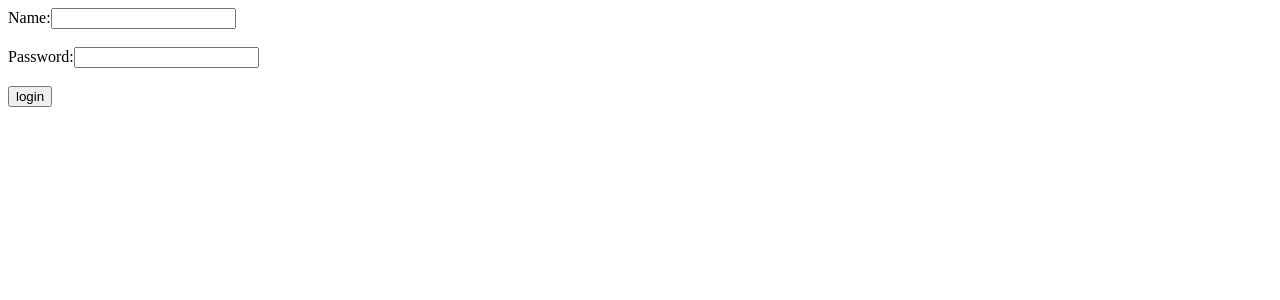
Repository: GOUTHAMREDDY1198/DBS_SPRING
Page: http://localhost/Insurance/
The author's editor kept a copy of each file at every save. The page is drawn from the files as they stood at one save, then again after the next save.
The browser window is 1280 px wide. The pictures show the whole page.
The page is served by Tomcat 9.

Above is the page before, as saved 2020-11-10 17:13:02.

After the next save:
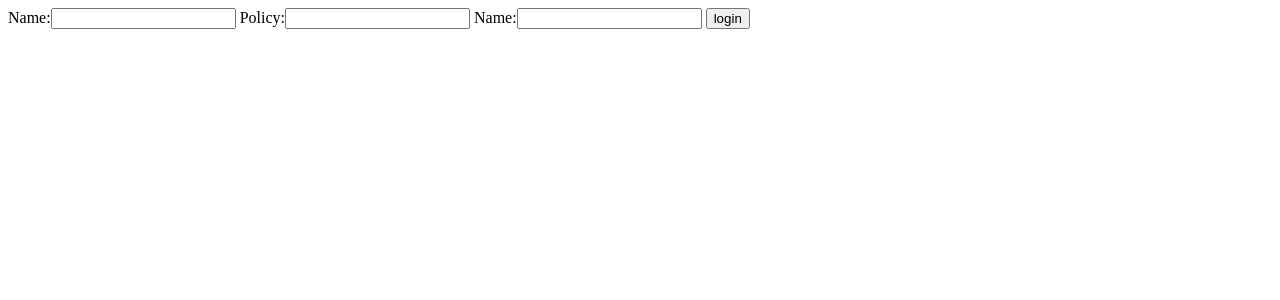
Saved 11 min 8 s later.
--- a/Insurance/WebContent/index.jsp
+++ b/Insurance/WebContent/index.jsp
@@ -1,5 +1,7 @@
 <form action="login" method="get">
-Name:<input type="text" name="name"/><br/><br/>
-Password:<input type="password" name="password"/><br/><br/>
+Name:<input type="text" name="name"/>
+Policy:<input type="text" name="name"/>
+Name:<input type="text" name="name"/>
+
 <input type="submit" value="login"/>
 </form>
